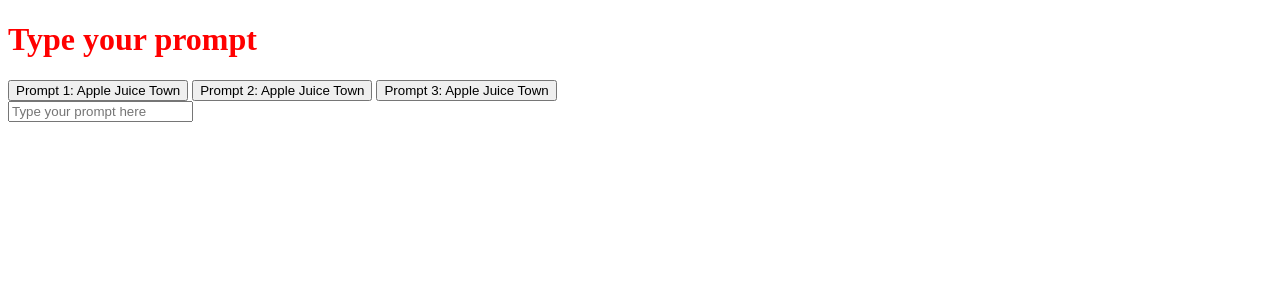
Repository: Appl3Kitti3/PROJECT_4537
Page: ClientSide/index.html
An editor plug-in stored every save of this project. The page is shown before and after the next save, followed by the edit.
The browser window is 1280 px wide. The pictures show the whole page.

Above is the page before, as saved 2024-10-17 20:57:11.

After the next save:
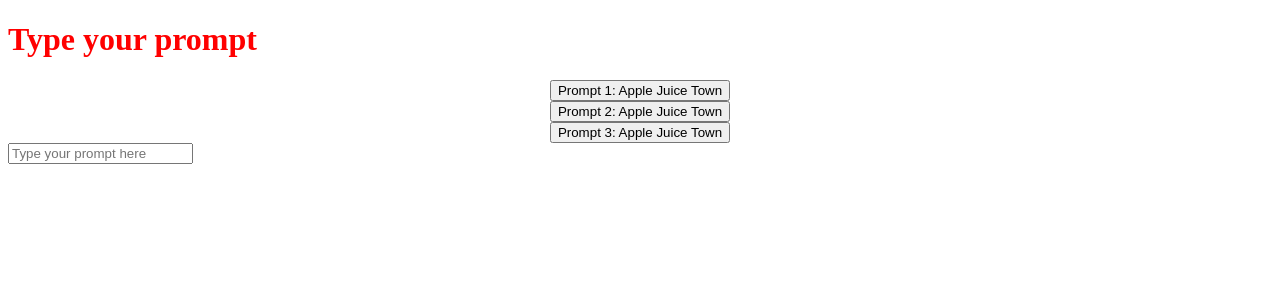
Saved 5 s later.
--- a/ClientSide/index.html
+++ b/ClientSide/index.html
@@ -23,7 +23,7 @@
         </h1>
 
         <!-- This is the div that maps out the AI's generated prompts as ideas -->
-        <div>
+        <div class="suggestions_container">
             <button
             class="ai_generated_prompt"
             >Prompt 1: Apple Juice Town </button>
